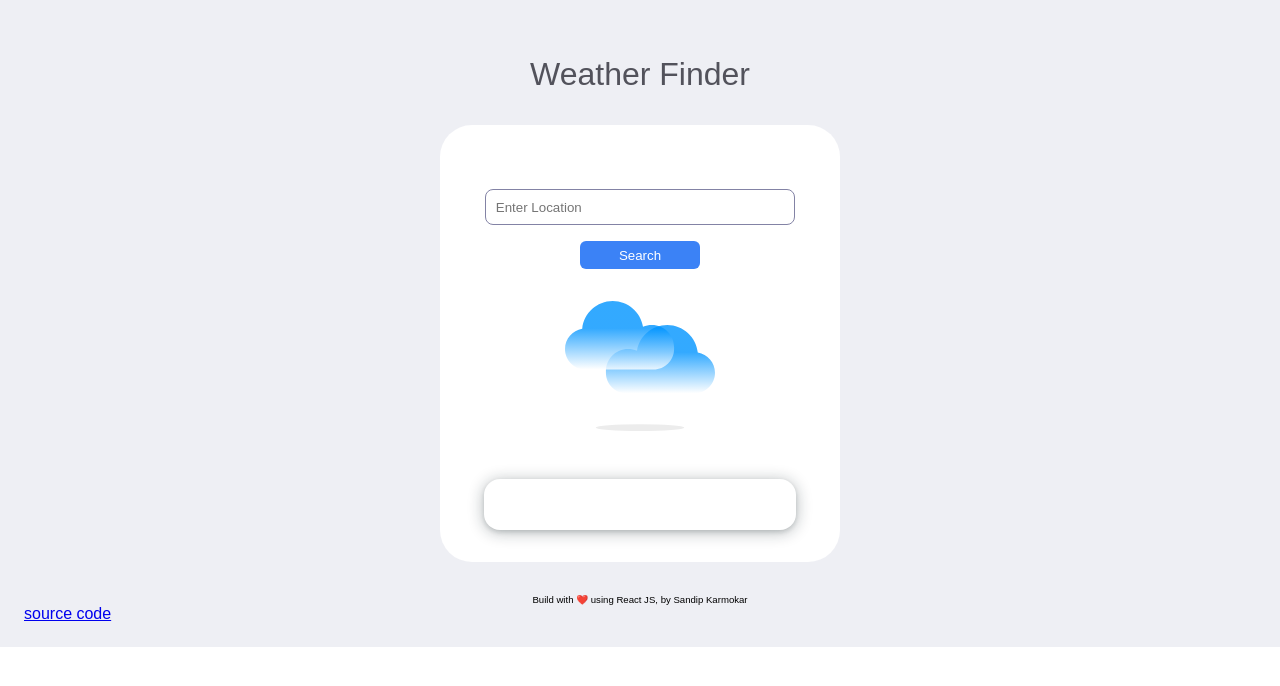
Repository: sandipkarmokar/weather-app
Page: /
An editor plug-in stored every save of this project. The page is shown before and after the next save, followed by the edit.
The browser window is 1280 px wide. The pictures show the whole page.
The project was rebuilt for these pictures with package versions that can differ from the ones it lists, and the page was loaded fresh each time.

Above is the page before, as saved 2022-04-29 18:56:53.

After the next save:
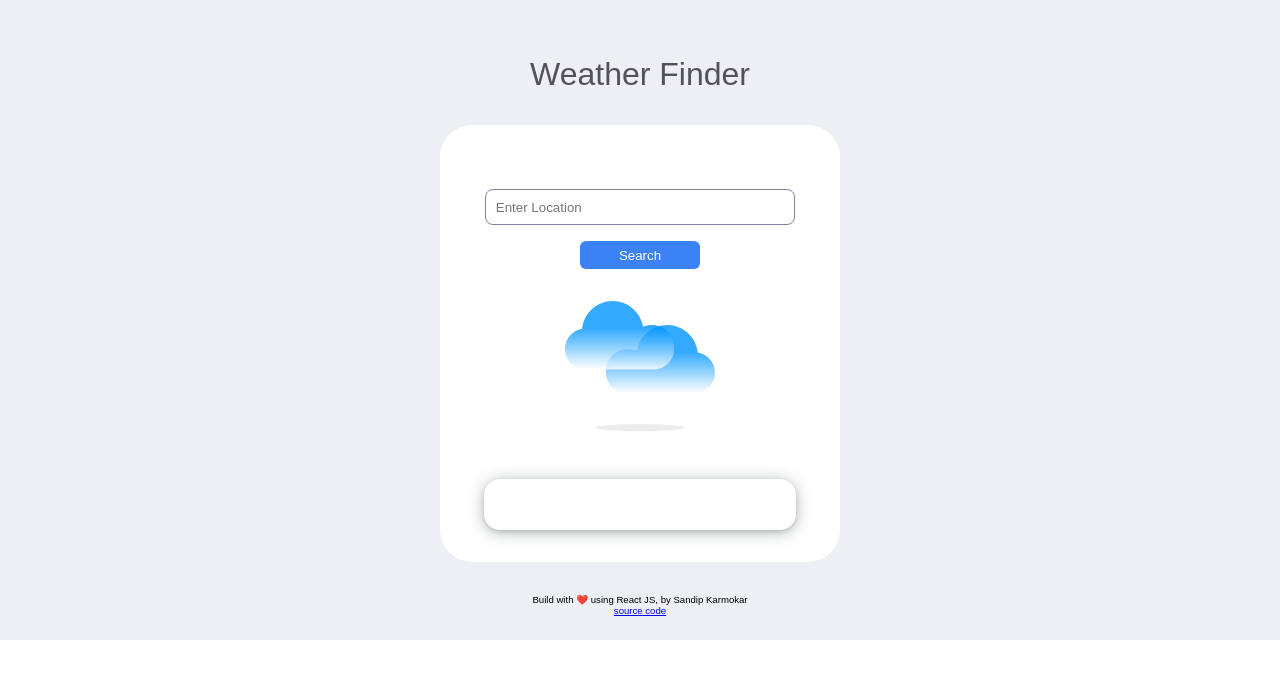
Saved 26 s later.
--- a/src/App.css
+++ b/src/App.css
@@ -152,7 +152,7 @@
     font-size: 0.8rem;
 }
 
-.app footer p {
+.app footer {
     text-align: center;
     font-size: 0.6rem;
 }
